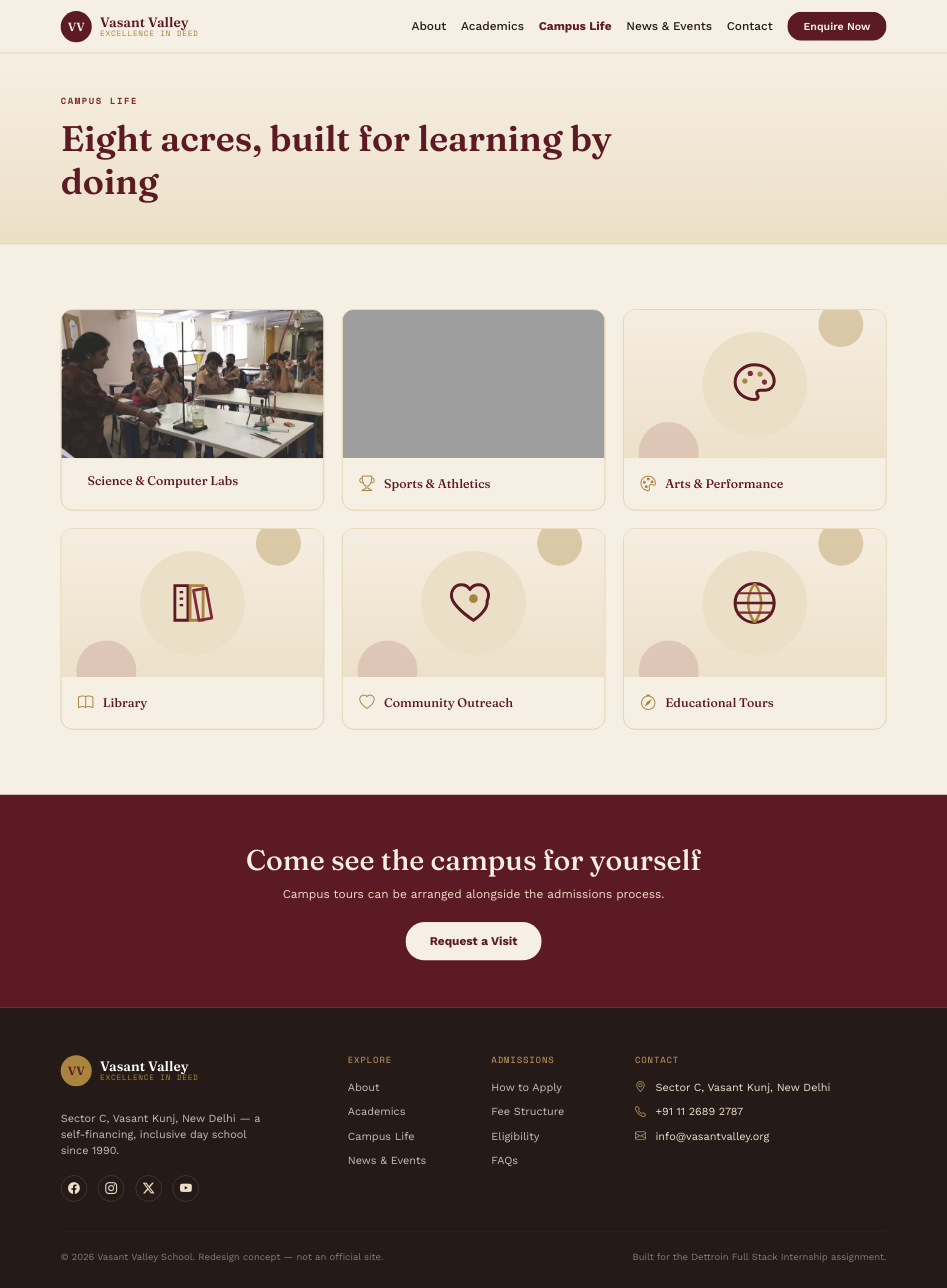
Repository: SanjanaTiwari06/DETTROIN-INT---SchoolWebsite
Page: /campus-life
The author's editor kept a copy of each file at every save. The page is drawn from the files as they stood at one save, then again after a run of saves.
The browser window is 1280 px wide. The pictures show the whole page, at 74% of full size.
Pictures or frames that could not be fetched are drawn as grey boxes. The project was rebuilt for these pictures with package versions that can differ from the ones it lists, and the page was loaded fresh each time. Also part of the build but not shown: vite.config.js, src/pages/Home.jsx, src/pages/About.jsx, src/pages/Academics.jsx, src/pages/News.jsx, src/pages/Contact.jsx, src/pages/NotFound.jsx.

Above is the page before, as saved 2026-07-27 14:02:24.

### index.html
<!doctype html>
<html lang="en">
  <head>
    <meta charset="UTF-8" />
    <link rel="icon" type="image/svg+xml" href="/favicon.svg" />
    <meta name="viewport" content="width=device-width, initial-scale=1.0" />
    <title>Vasant Valley School | Excellence in Deed</title>
    <meta name="description" content="Vasant Valley School, Vasant Kunj, New Delhi — a co-educational day school offering CBSE and IGCSE, built on academic excellence and holistic growth since 1990." />
    <link rel="preconnect" href="https://fonts.googleapis.com">
    <link href="https://fonts.googleapis.com/css2?family=Fraunces:opsz,wght@9..144,400;9..144,500;9..144,600;9..144,700&family=Work+Sans:wght@400;500;600;700&family=Space+Mono:wght@400;700&display=swap" rel="stylesheet">
  </head>
  <body>
    <div id="root"></div>
    <script type="module" src="/src/main.jsx"></script>
  </body>
</html>

### src/main.jsx
import { StrictMode } from "react";
import { createRoot } from "react-dom/client";
import { BrowserRouter } from "react-router-dom";

import "bootstrap/dist/css/bootstrap.min.css";
import "bootstrap-icons/font/bootstrap-icons.css";
import "./index.css";

import App from "./App.jsx";

createRoot(document.getElementById("root")).render(
  <StrictMode>
    <BrowserRouter>
      <App />
    </BrowserRouter>
  </StrictMode>
);

### src/App.jsx
import { Routes, Route } from "react-router-dom";

import SiteNavbar from "./components/SiteNavbar.jsx";
import SiteFooter from "./components/SiteFooter.jsx";
import ScrollToTop from "./components/ScrollToTop.jsx";

import Home from "./pages/Home.jsx";
import About from "./pages/About.jsx";
import Academics from "./pages/Academics.jsx";
import CampusLife from "./pages/CampusLife.jsx";
import News from "./pages/News.jsx";
import Contact from "./pages/Contact.jsx";
import NotFound from "./pages/NotFound.jsx";

function App() {
  return (
    <div className="vvs-app">
      <ScrollToTop />
      <SiteNavbar />
      <main>
        <Routes>
          <Route path="/" element={<Home />} />
          <Route path="/about" element={<About />} />
          <Route path="/academics" element={<Academics />} />
          <Route path="/campus-life" element={<CampusLife />} />
          <Route path="/news" element={<News />} />
          <Route path="/contact" element={<Contact />} />
          <Route path="*" element={<NotFound />} />
        </Routes>
      </main>
      <SiteFooter />
    </div>
  );
}

export default App;

### src/components/SiteNavbar.jsx
import { useEffect, useState } from "react";
import { NavLink } from "react-router-dom";

const links = [
  { to: "/about", label: "About" },
  { to: "/academics", label: "Academics" },
  { to: "/campus-life", label: "Campus Life" },
  { to: "/news", label: "News & Events" },
  { to: "/contact", label: "Contact" },
];

export default function SiteNavbar() {
  const [scrolled, setScrolled] = useState(false);
  const [open, setOpen] = useState(false);

  useEffect(() => {
    const onScroll = () => setScrolled(window.scrollY > 12);
    onScroll();
    window.addEventListener("scroll", onScroll, { passive: true });
    return () => window.removeEventListener("scroll", onScroll);
  }, []);

  return (
    <nav className={`navbar navbar-expand-lg vvs-navbar sticky-top ${scrolled ? "shadow-active" : ""}`}>
      <div className="container">
        <NavLink className="navbar-brand vvs-brand" to="/" onClick={() => setOpen(false)}>
          <span className="vvs-brand-mark">VV</span>
          <span className="vvs-brand-text">
            <span className="vvs-brand-name">Vasant Valley</span>
            <span className="vvs-brand-tag">Excellence in Deed</span>
          </span>
        </NavLink>

        <button
          className="navbar-toggler"
          type="button"
          aria-label="Toggle navigation"
          onClick={() => setOpen((v) => !v)}
        >
          <span className="navbar-toggler-icon"></span>
        </button>

        <div className={`collapse navbar-collapse justify-content-end ${open ? "show" : ""}`}>
          <ul className="navbar-nav align-items-lg-center gap-lg-1">
            {links.map((link) => (
              <li className="nav-item" key={link.to}>
                <NavLink
                  className={({ isActive }) => `nav-link${isActive ? " active" : ""}`}
                  to={link.to}
                  onClick={() => setOpen(false)}
                >
                  {link.label}
                </NavLink>
              </li>
            ))}
            <li className="nav-item ms-lg-2">
              <NavLink className="btn vvs-btn-enquire" to="/contact" onClick={() => setOpen(false)}>
                Enquire Now
              </NavLink>
            </li>
          </ul>
        </div>
      </div>
    </nav>
  );
}

### src/components/SiteFooter.jsx
import { Link } from "react-router-dom";

export default function SiteFooter() {
  return (
    <footer className="vvs-footer">
      <div className="container">
        <div className="row g-5">
          <div className="col-lg-4">
            <Link className="vvs-brand mb-3 d-inline-flex" to="/">
              <span className="vvs-brand-mark vvs-brand-mark-light">VV</span>
              <span className="vvs-brand-text">
                <span className="vvs-brand-name text-white">Vasant Valley</span>
                <span className="vvs-brand-tag">Excellence in Deed</span>
              </span>
            </Link>
            <p className="vvs-footer-text">
              Sector C, Vasant Kunj, New Delhi &mdash; a self-financing, inclusive day
              school since 1990.
            </p>
            <div className="vvs-social">
              <a href="#" aria-label="Facebook"><i className="bi bi-facebook"></i></a>
              <a href="#" aria-label="Instagram"><i className="bi bi-instagram"></i></a>
              <a href="#" aria-label="X"><i className="bi bi-twitter-x"></i></a>
              <a href="#" aria-label="YouTube"><i className="bi bi-youtube"></i></a>
            </div>
          </div>

          <div className="col-lg-2 col-6">
            <h4 className="vvs-footer-heading">Explore</h4>
            <ul className="vvs-footer-links">
              <li><Link to="/about">About</Link></li>
              <li><Link to="/academics">Academics</Link></li>
              <li><Link to="/campus-life">Campus Life</Link></li>
              <li><Link to="/news">News &amp; Events</Link></li>
            </ul>
          </div>

          <div className="col-lg-2 col-6">
            <h4 className="vvs-footer-heading">Admissions</h4>
            <ul className="vvs-footer-links">
              <li><Link to="/contact">How to Apply</Link></li>
              <li><Link to="/contact">Fee Structure</Link></li>
              <li><Link to="/contact">Eligibility</Link></li>
              <li><Link to="/contact">FAQs</Link></li>
            </ul>
          </div>

          <div className="col-lg-4">
            <h4 className="vvs-footer-heading">Contact</h4>
            <ul className="vvs-footer-contact">
              <li><i className="bi bi-geo-alt"></i> Sector C, Vasant Kunj, New Delhi</li>
              <li><i className="bi bi-telephone"></i> +91 11 2689 2787</li>
              <li><i className="bi bi-envelope"></i> info@vasantvalley.org</li>
            </ul>
          </div>
        </div>

        <hr className="vvs-footer-rule" />
        <div className="d-flex flex-column flex-md-row justify-content-between align-items-center gap-2">
          <span className="vvs-footer-copy">
            &copy; 2026 Vasant Valley School. Redesign concept &mdash; not an official site.
          </span>
          <span className="vvs-footer-copy">
            Built for the Dettroin Full Stack Internship assignment.
          </span>
        </div>
      </div>
    </footer>
  );
}

### src/components/ScrollToTop.jsx
import { useEffect } from "react";
import { useLocation } from "react-router-dom";

// Every route in this app is a distinct page, so we scroll to top
// on each navigation instead of relying on in-page anchor scrolling.
export default function ScrollToTop() {
  const { pathname } = useLocation();

  useEffect(() => {
    window.scrollTo(0, 0);
  }, [pathname]);

  return null;
}

### src/pages/CampusLife.jsx
import { Link } from "react-router-dom";

const facilities = [
  { icon: "bi-flask", title: "Science & Computer Labs", image: "/public/images/Science Lab.jpg" },
  { icon: "bi-trophy", title: "Sports & Athletics", image: "/P" },
  { icon: "bi-palette", title: "Arts & Performance", image: "/images/facility-arts.svg" },
  { icon: "bi-book", title: "Library", image: "/images/facility-library.svg" },
  { icon: "bi-heart", title: "Community Outreach", image: "/images/facility-outreach.svg" },
  { icon: "bi-compass", title: "Educational Tours", image: "/images/facility-tours.svg" },
];

export default function CampusLife() {
  return (
    <>
      <section className="vvs-page-header">
        <div className="container">
          <p className="vvs-eyebrow">Campus Life</p>
          <h1 className="vvs-h1">Eight acres, built for learning by doing</h1>
        </div>
      </section>

      <section className="vvs-section">
        <div className="container">
          <div className="row g-4">
            {facilities.map((f) => (
              <div className="col-md-6 col-lg-4" key={f.title}>
                <div className="vvs-facility">
                  <img src={f.image} alt={f.title} loading="lazy" />
                  <div className="vvs-facility-body">
                    <i className={`bi ${f.icon}`}></i>
                    <h3>{f.title}</h3>
                  </div>
                </div>
              </div>
            ))}
          </div>
        </div>
      </section>

      <section className="vvs-cta">
        <div className="container text-center">
          <h2 className="vvs-cta-title">Come see the campus for yourself</h2>
          <p className="vvs-cta-sub">Campus tours can be arranged alongside the admissions process.</p>
          <Link to="/contact" className="btn vvs-btn-light">Request a Visit</Link>
        </div>
      </section>
    </>
  );
}

Loaded but not shown: src/index.css (421 lines, source omitted)

After the next 3 saves:
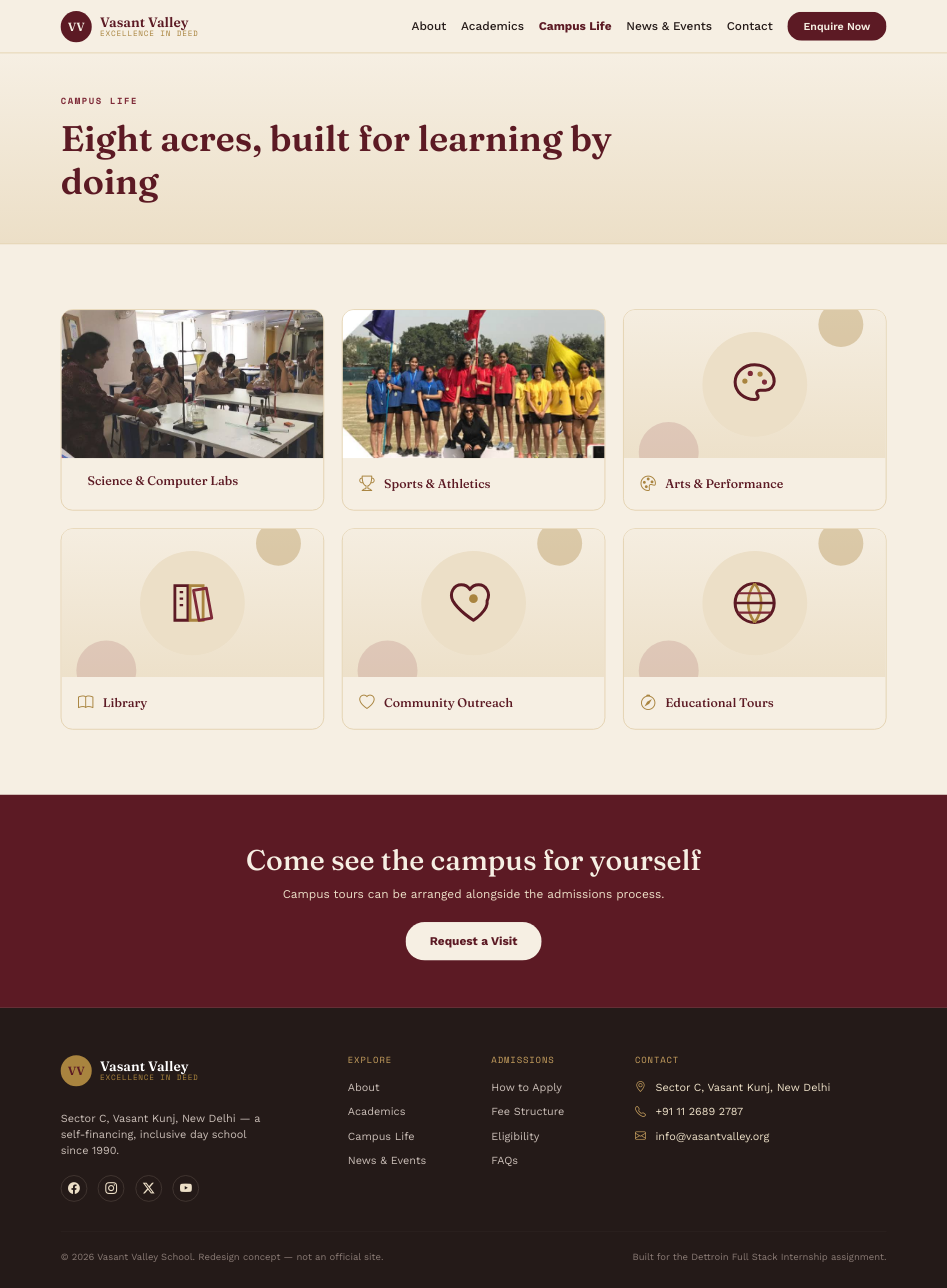
The 3 saves are shown as one change because they came seconds apart.
The last was saved 8 s later.
--- a/src/pages/CampusLife.jsx
+++ b/src/pages/CampusLife.jsx
@@ -2,7 +2,7 @@
 
 const facilities = [
   { icon: "bi-flask", title: "Science & Computer Labs", image: "/public/images/Science Lab.jpg" },
-  { icon: "bi-trophy", title: "Sports & Athletics", image: "/P" },
+  { icon: "bi-trophy", title: "Sports & Athletics", image: "/public/images/Soprts.jpg" },
   { icon: "bi-palette", title: "Arts & Performance", image: "/images/facility-arts.svg" },
   { icon: "bi-book", title: "Library", image: "/images/facility-library.svg" },
   { icon: "bi-heart", title: "Community Outreach", image: "/images/facility-outreach.svg" },
